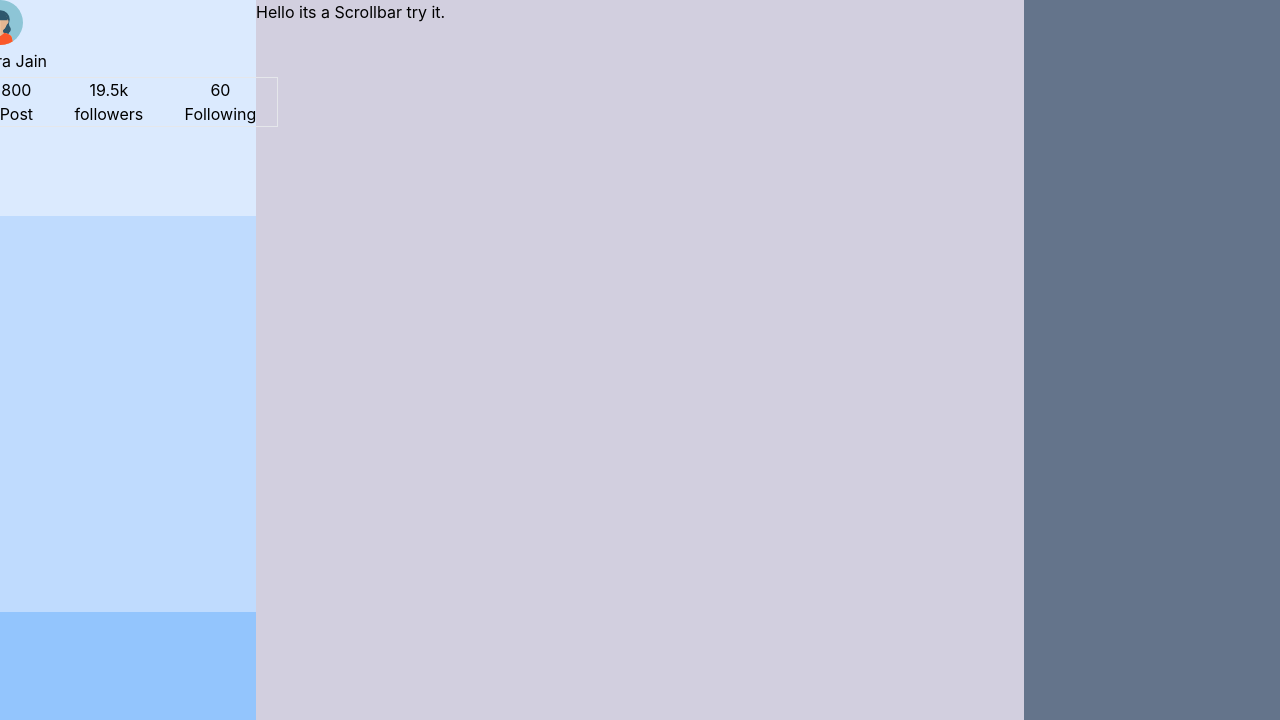
Repository: cosmicswati/upgrad-captions-project
Page: /
An editor plug-in stored every save of this project. The page is shown before and after the next save, followed by the edit.
The browser window is 1280 px wide. The pictures show the whole page.
An inner scrolling area shows only its first screen. The project was rebuilt for these pictures with package versions that can differ from the ones it lists, and the page was loaded fresh each time. Also part of the build but not shown: src/components/Input/index.js, src/components/Button/index.js, src/modules/Authorization/Form.jsx, src/modules/Authorization/index.js.

Above is the page before, as saved 2024-04-09 13:55:25.

### src/index.css
@tailwind base;
@tailwind components;
@tailwind utilities;

body {
  margin: 0;
  font-family: -apple-system, BlinkMacSystemFont, 'Segoe UI', 'Roboto', 'Oxygen',
    'Ubuntu', 'Cantarell', 'Fira Sans', 'Droid Sans', 'Helvetica Neue',
    sans-serif;
  -webkit-font-smoothing: antialiased;
  -moz-osx-font-smoothing: grayscale;
}

code {
  font-family: source-code-pro, Menlo, Monaco, Consolas, 'Courier New',
    monospace;
}

.scrollbar-hide::-webkit-scrollbar{
  display: none;
}

### src/App.js
import Auth from "./modules/Authorization";
import Home from "./modules/Home";


function App() {
  return (
    <div>
      {/* <Auth />  */}
      <Home />
    </div>
  );
}

export default App;

### src/modules/Home/index.js
import React from 'react'
import { ReactComponent as Avatar} from '../../assets/Avatar.svg'

const Home = () => {
  return (
    <div className='h-screen bg-[#d2cfdf]  flex overflow-hidden'>
        <div className='w-[20%] flex flex-col'>
            <div className='h-[30%] bg-blue-100 flex justify-center item-center'>
                <div>
                    <Avatar width={'45px'} height={'45px'}/>
                    <p className='my-1'>Lara Jain</p>
                    <div className='border h-[50px] flex justify-around w-[300px] text-center'>
                        <div className='flex flex-col justify-around item-center'>
                            <h4>800</h4>
                            <p>Post</p>
                        </div>
                        <div>
                            <h4>19.5k</h4>
                            <p>followers</p>
                        </div>
                        <div>
                            <h4>60</h4>
                            <p>Following</p>
                        </div>
                    </div>
                </div>
            </div>
            <div className='h-[55%] bg-blue-200'></div>
            <div className='h-[15%] bg-blue-300'></div>
        </div>
        <div className='w-[60%] overflow-scroll h-full scrollbar-hide'>
            <div className='h-[1500px]'>Hello its a Scrollbar try it.</div>
        </div>
        <div className='w-[20%] bg-slate-500'></div>
    </div>
  )
}

export default Home

### tailwind.config.js
/** @type {import('tailwindcss').Config} */
module.exports = {
 mode:'jit',
 purge: [
  './public/**/*.html',
  './src/**/*.{js,jsx,ts,tsx,vue}',
 ],
  content: [
    "./src/**/*.{js,jsx,ts,tsx}",
  ],
  theme: {
    extend: {},
  },
  plugins: [],
}

Loaded but not shown: public/index.html (common file); src/index.js (common file); src/reportWebVitals.js (common file)

After the next save:
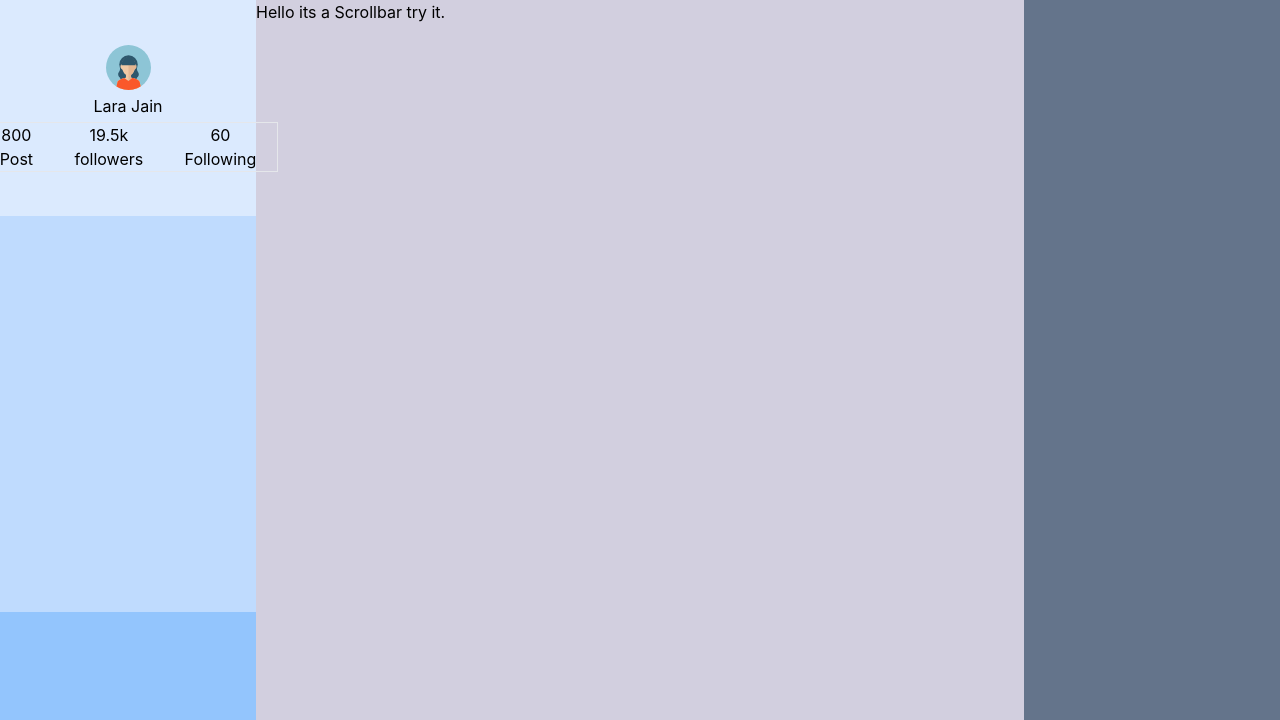
Saved 2 min 3 s later.
--- a/src/modules/Home/index.js
+++ b/src/modules/Home/index.js
@@ -5,12 +5,12 @@ const Home = () => {
   return (
     <div className='h-screen bg-[#d2cfdf]  flex overflow-hidden'>
         <div className='w-[20%] flex flex-col'>
-            <div className='h-[30%] bg-blue-100 flex justify-center item-center'>
-                <div>
+            <div className='h-[30%] bg-blue-100 flex justify-center items-center'>
+                <div className='flex flex-col justify-center items-center'>
                     <Avatar width={'45px'} height={'45px'}/>
                     <p className='my-1'>Lara Jain</p>
                     <div className='border h-[50px] flex justify-around w-[300px] text-center'>
-                        <div className='flex flex-col justify-around item-center'>
+                        <div className='flex flex-col justify-around items-center'>
                             <h4>800</h4>
                             <p>Post</p>
                         </div>
